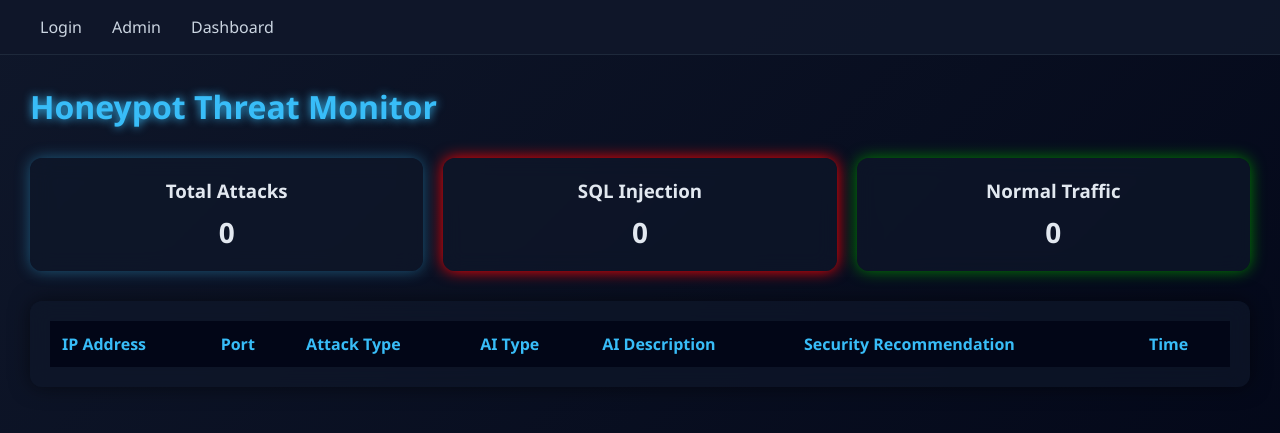
Repository: phanindrareddy2006/Honeypot
Page: /dashboard (app in honeypot-frontend/)
The author's editor kept a copy of each file at every save. The page is drawn from the files as they stood at one save, then again after the next save.
The browser window is 1280 px wide. The pictures show the whole page.
The page's requests for data from a server got no answer. The project was rebuilt for these pictures with package versions that can differ from the ones it lists, and the page was loaded fresh each time. No one was signed in, and anything a server would have sent is missing. Also part of the build but not shown: honeypot-frontend/vite.config.js, honeypot-frontend/src/components/Login.css, honeypot-frontend/src/components/Login.jsx, honeypot-frontend/src/components/Admin.css, honeypot-frontend/src/components/Admin.jsx.

Above is the page before, as saved 2026-02-21 12:00:54.

After the next save:
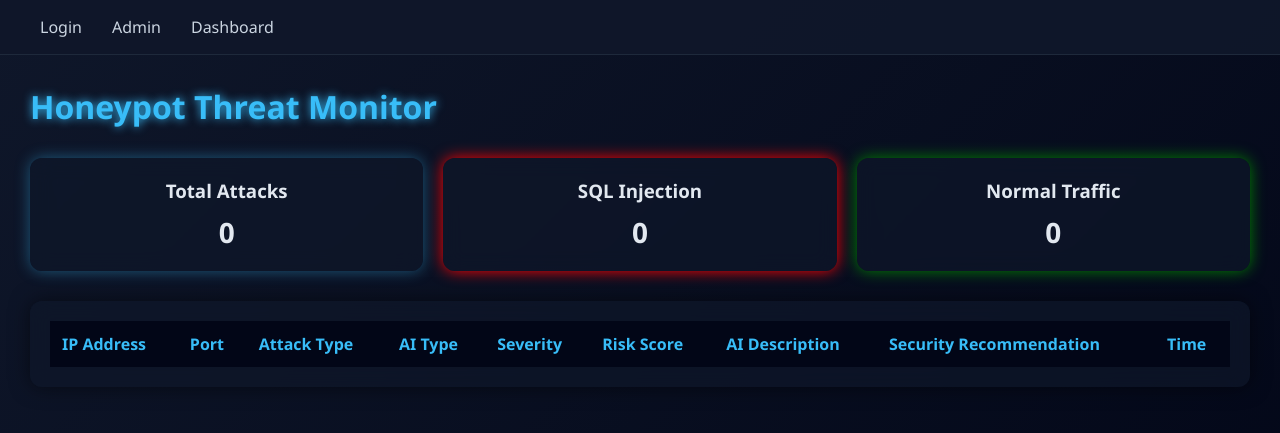
Saved 76 s later.
--- a/honeypot-frontend/src/components/Dashboard.jsx
+++ b/honeypot-frontend/src/components/Dashboard.jsx
@@ -27,6 +27,7 @@ return (
 
 <h1 className="title">Honeypot Threat Monitor</h1>
 
+
 <div className="cards">
 
 <div className="card">
@@ -47,6 +48,7 @@ return (
 </div>
 
 
+
 <div className="table-container">
 
 <table>
@@ -63,6 +65,10 @@ return (
 
 <th>AI Type</th>
 
+<th>Severity</th>
+
+<th>Risk Score</th>
+
 <th>AI Description</th>
 
 <th>Security Recommendation</th>
@@ -72,6 +78,7 @@ return (
 </tr>
 
 </thead>
+
 
 
 <tbody>
@@ -84,21 +91,49 @@ return (
 
 <td>{log.port}</td>
 
-<td className={log.attackType === "SQL Injection" ? "danger-text" : "safe-text"}>
+<td className={
+log.attackType === "SQL Injection"
+? "danger-text"
+: "safe-text"
+}>
 {log.attackType}
 </td>
 
 
-{/* AI Columns */}
+<td>{log.aiAttackType}</td>
 
-<td>{log.aiAttackType}</td>
+
+{/* Severity with colors */}
+
+<td className={
+log.aiSeverity === "Critical" ? "critical" :
+log.aiSeverity === "High" ? "high" :
+log.aiSeverity === "Medium" ? "medium" :
+"low"
+}>
+
+{log.aiSeverity}
+
+</td>
+
+
+
+{/* Risk Score */}
+
+<td>
+
+{log.aiRiskScore}/100
+
+</td>
+
+
 
 <td>{log.aiDescription}</td>
 
 <td>{log.aiSolution}</td>
 
+<td>{log.timestamp}</td>
 
-<td>{log.timestamp}</td>
 
 </tr>
 
